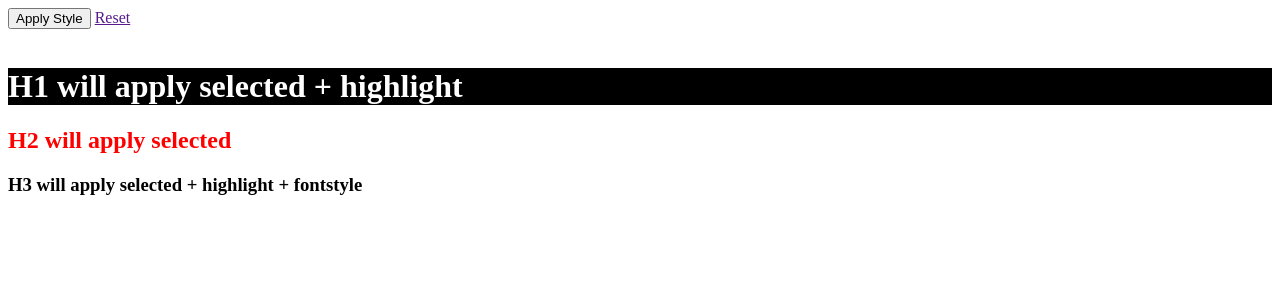
Repository: sujay-a-v/FunctionalPrograms
Page: Sujay/jQuery/jQueryExample/WebContent/SetStyle.html
These files come from the project's save history. The page is drawn as it stood at one moment and after the next save; the edit follows.
The browser window is 1280 px wide. The pictures show the whole page.
After loading, the first visible `input` was clicked once.
Some web libraries are served in a nearby version.

Above is the page before, as saved 2017-10-25 06:32:18.

After the next save:
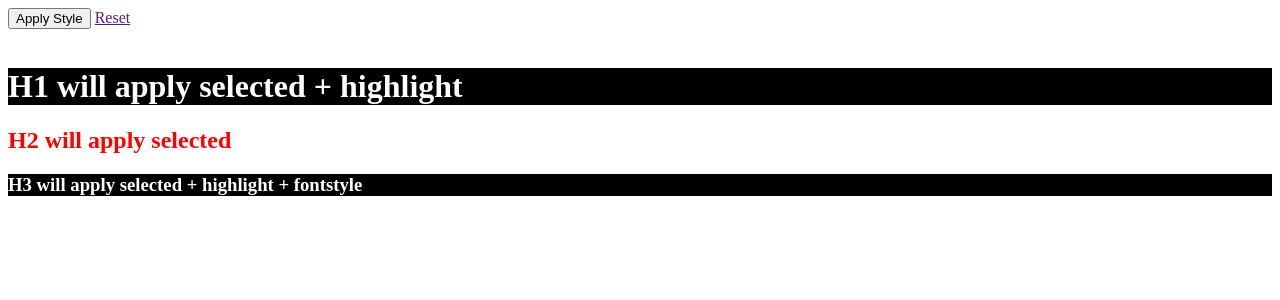
Saved 32 s later.
--- a/Sujay/jQuery/jQueryExample/WebContent/SetStyle.html
+++ b/Sujay/jQuery/jQueryExample/WebContent/SetStyle.html
@@ -18,6 +18,7 @@
       function applyStyle()  {
           $('h1').addClass('selected highlight');
           $('h2').addClass('selected');
+          $('h3').addClass('selected highlight fonts');
       }
    </script>
 </head>
